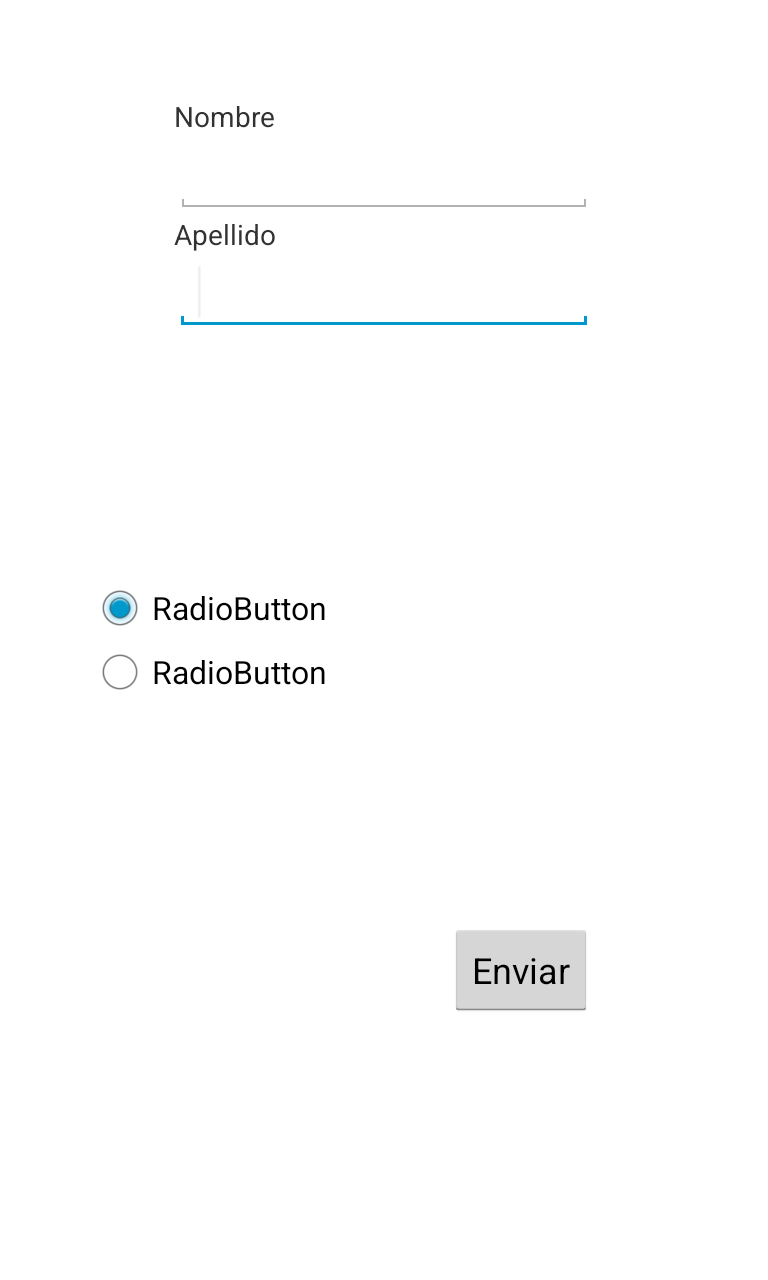
Repository: Anrai/android-app
Layout: Ejercicios/res/layout/activity_main.xml
These files come from the project's save history. The layout is drawn as it stood at one moment and after the next save; the edit follows.
It is drawn on a 768 x 1280 px phone screen (xhdpi) without system bars, with theme AppTheme; the app's code is not run.

Above is the layout before, as saved 2014-05-08 00:58:56.

### Ejercicios/res/layout/activity_main.xml
<RelativeLayout xmlns:android="http://schemas.android.com/apk/res/android"
    xmlns:tools="http://schemas.android.com/tools"
    android:layout_width="match_parent"
    android:layout_height="match_parent"
    android:paddingBottom="@dimen/activity_vertical_margin"
    android:paddingLeft="@dimen/activity_horizontal_margin"
    android:paddingRight="@dimen/activity_horizontal_margin"
    android:paddingTop="@dimen/activity_vertical_margin"
    tools:context=".MainActivity" >

    <EditText
        android:id="@+id/nombre"
        android:layout_width="wrap_content"
        android:layout_height="wrap_content"
        android:layout_alignParentTop="true"
        android:layout_centerHorizontal="true"
        android:layout_marginTop="52dp"
        android:ems="10" />

    <TextView
        android:id="@+id/mensaje"
        android:layout_width="wrap_content"
        android:layout_height="wrap_content"
        android:layout_alignBottom="@+id/nombre"
        android:layout_alignLeft="@+id/nombre"
        android:layout_marginBottom="40dp"
        android:text="Nombre" />

    <TextView
        android:id="@+id/textView1"
        android:layout_width="wrap_content"
        android:layout_height="wrap_content"
        android:layout_alignLeft="@+id/nombre"
        android:layout_below="@+id/nombre"
        android:text="Apellido" />

    <EditText
        android:id="@+id/apellido"
        android:layout_width="wrap_content"
        android:layout_height="wrap_content"
        android:layout_alignLeft="@+id/textView1"
        android:layout_below="@+id/textView1"
        android:ems="10" >

        <requestFocus />
    </EditText>

    <Button
        android:id="@+id/enviar"
        android:layout_width="wrap_content"
        android:layout_height="wrap_content"
        android:layout_alignParentBottom="true"
        android:layout_alignRight="@+id/apellido"
        android:layout_marginBottom="115dp"
        android:onClick="enviar"
        android:text="Enviar" />

    <RadioGroup
        android:id="@+id/radioGroup1"
        android:layout_width="wrap_content"
        android:layout_height="wrap_content"
        android:layout_alignParentLeft="true"
        android:layout_centerVertical="true"
        android:layout_marginLeft="28dp" >

        <RadioButton
            android:id="@+id/figura"
            android:layout_width="wrap_content"
            android:layout_height="wrap_content"
            android:checked="true"
            android:text="RadioButton" />

        <RadioButton
            android:id="@+id/texto"
            android:layout_width="wrap_content"
            android:layout_height="wrap_content"
            android:text="RadioButton" />
    </RadioGroup>

</RelativeLayout>

Loaded but not shown: Ejercicios/res/values/styles.xml (common file); Ejercicios/res/values-v11/styles.xml (common file); Ejercicios/res/values-v14/styles.xml (common file); Ejercicios/res/values/dimens.xml (common file)

After the next save:
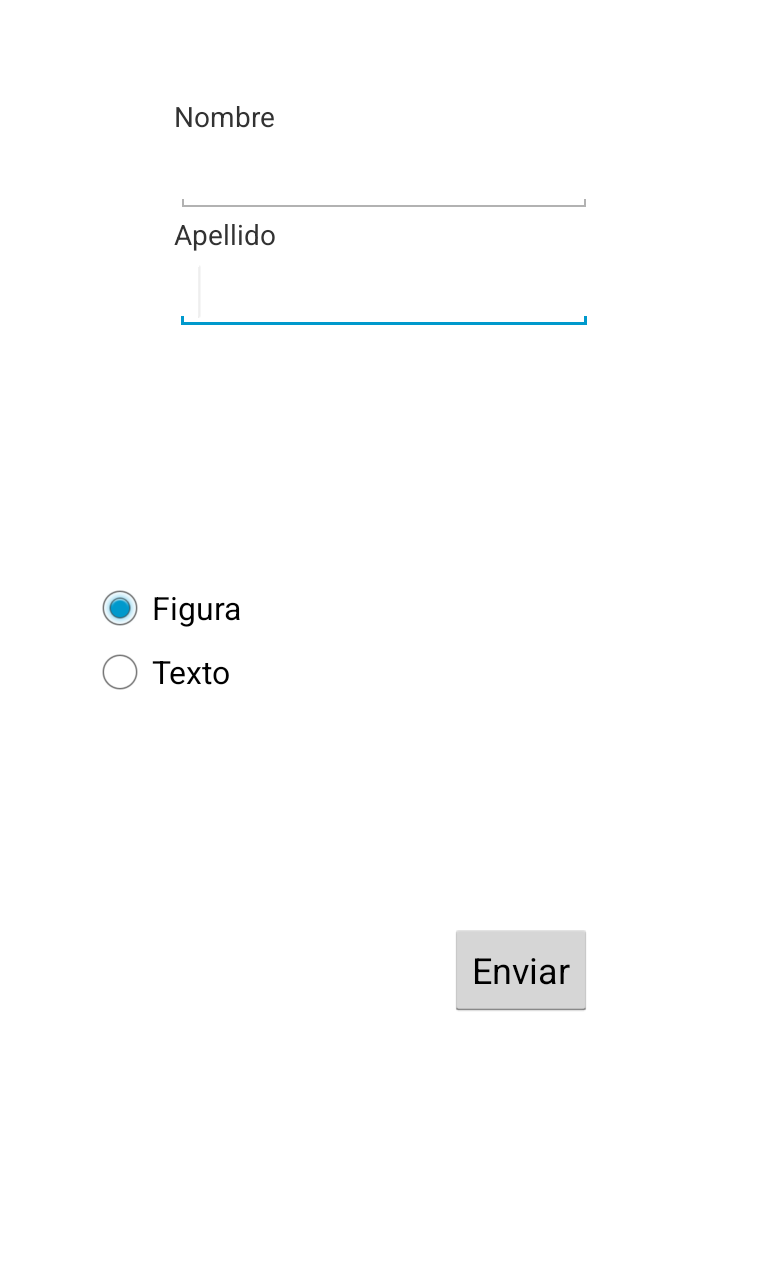
Saved 41 s later.
--- a/Ejercicios/res/layout/activity_main.xml
+++ b/Ejercicios/res/layout/activity_main.xml
@@ -68,13 +68,13 @@
             android:layout_width="wrap_content"
             android:layout_height="wrap_content"
             android:checked="true"
-            android:text="RadioButton" />
+            android:text="Figura" />
 
         <RadioButton
             android:id="@+id/texto"
             android:layout_width="wrap_content"
             android:layout_height="wrap_content"
-            android:text="RadioButton" />
+            android:text="Texto" />
     </RadioGroup>
 
 </RelativeLayout>
